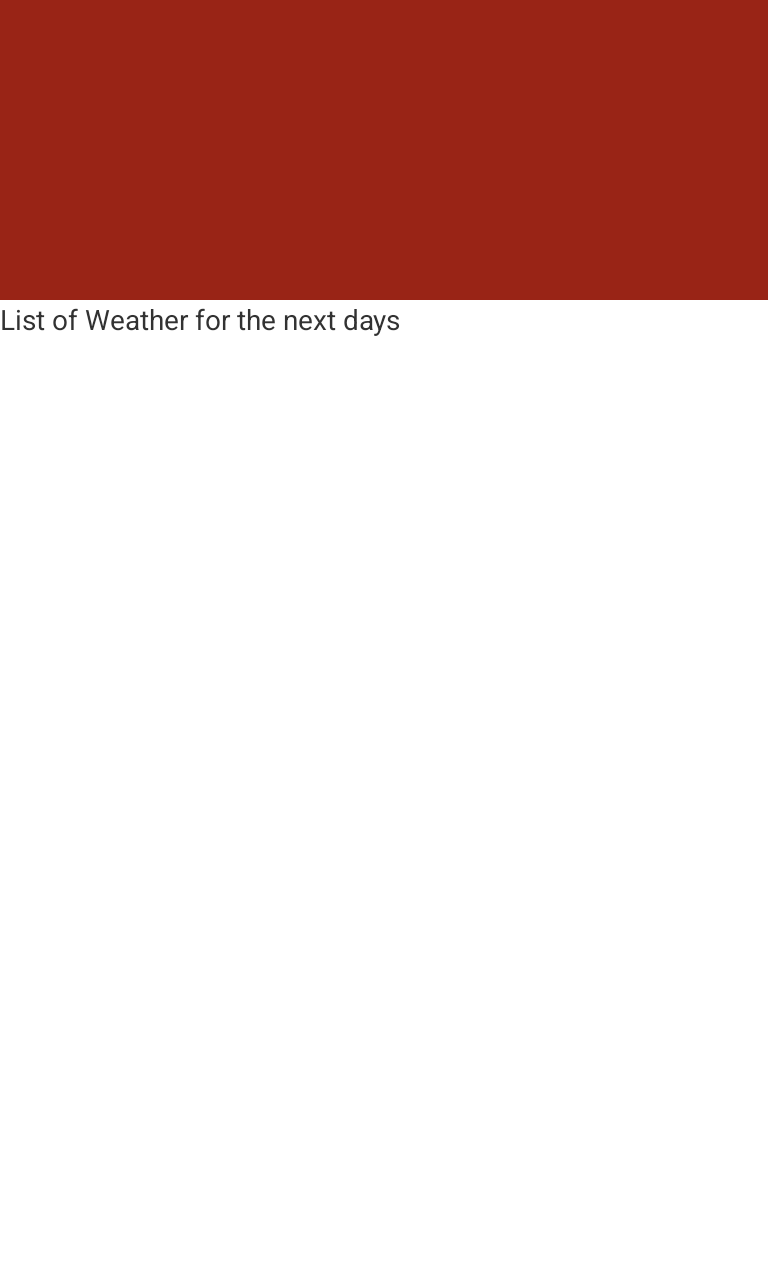
Repository: randhika/WeatherApp
Layout: WeatherApp/res/layout/home_fragment_layout.xml
The author's editor kept a copy of each file at every save. The layout is drawn from the files as they stood at one save, then again after a run of saves.
It is drawn on a 768 x 1280 px phone screen (xhdpi) without system bars, with theme AppTheme; the app's code is not run.

Above is the layout before, as saved 2014-04-27 18:55:37.

### WeatherApp/res/layout/home_fragment_layout.xml
<?xml version="1.0" encoding="utf-8"?>
<LinearLayout xmlns:android="http://schemas.android.com/apk/res/android"
    android:layout_width="match_parent"
    android:layout_height="match_parent"
    android:orientation="vertical" >

    <LinearLayout
        android:layout_width="match_parent"
        android:layout_height="150dp"
        android:background="@color/list_background_pressed"
        android:orientation="vertical"
        android:paddingLeft="10dp" >

        <TextView
            android:id="@+id/tv_temperature"
            android:layout_width="match_parent"
            android:layout_height="0dp"
            android:layout_weight="0.3"
            android:gravity="center_vertical"
            android:textSize="30sp" />

        <TextView
            android:id="@+id/tv_weather_stat"
            android:layout_width="match_parent"
            android:layout_height="0dp"
            android:layout_gravity="center_vertical"
            android:layout_weight="0.1"
            android:textSize="18sp" />

        <TextView
            android:id="@+id/tv_current_city"
            android:layout_width="match_parent"
            android:layout_height="0dp"
            android:layout_gravity="center_vertical"
            android:layout_weight="0.1"
            android:textSize="18sp" />

        <TextView
            android:id="@+id/tv_last_update"
            android:layout_width="match_parent"
            android:layout_height="0dp"
            android:layout_gravity="center_vertical"
            android:layout_weight="0.1"
            android:textSize="18sp" />
    </LinearLayout>

    <TextView
        android:id="@+id/btn_get_weather"
        android:layout_width="match_parent"
        android:layout_height="48dp"
        android:layout_gravity="center"
        android:text="@string/Weather_For_Next_Days" />

</LinearLayout>

### WeatherApp/res/values/strings.xml
<resources>

    <string name="app_name">WeatherApp</string>
    <string name="action_settings">Settings</string>
    <string name="hello_world">Hello world!</string>
    <string name="drawer_open">Slider Menu Opened</string>
    <string name="drawer_close">Slider Menu Closed</string>
    <string name="Weather_For_Next_Days">List of Weather for the next days</string>

    <!-- Nav Drawer Menu Items -->
    <string-array name="nav_drawer_items">
        <item >Home</item>
        <item >Map</item>
        <item >Favourites</item>
        <item >RSS</item>
        <item >Settings</item>
    </string-array>

    <!-- Nav Drawer List Item Icons -->
    <!-- Keep them in order as the titles are in -->
    <array name="nav_drawer_icons">
        <item>@drawable/ic_home</item>
        <item>@drawable/ic_home</item>
        <item>@drawable/ic_home</item>
        <item>@drawable/ic_home</item>
        <item>@drawable/ic_home</item>
    </array>

    <!-- Content Description -->
    <string name="desc_list_item_icon">Item Icon</string>


</resources>

Loaded but not shown: WeatherApp/res/values/styles.xml (common file); WeatherApp/res/values-v11/styles.xml (common file); WeatherApp/res/values-v14/styles.xml (common file); WeatherApp/res/values/color.xml (common file)

After the next 2 saves:
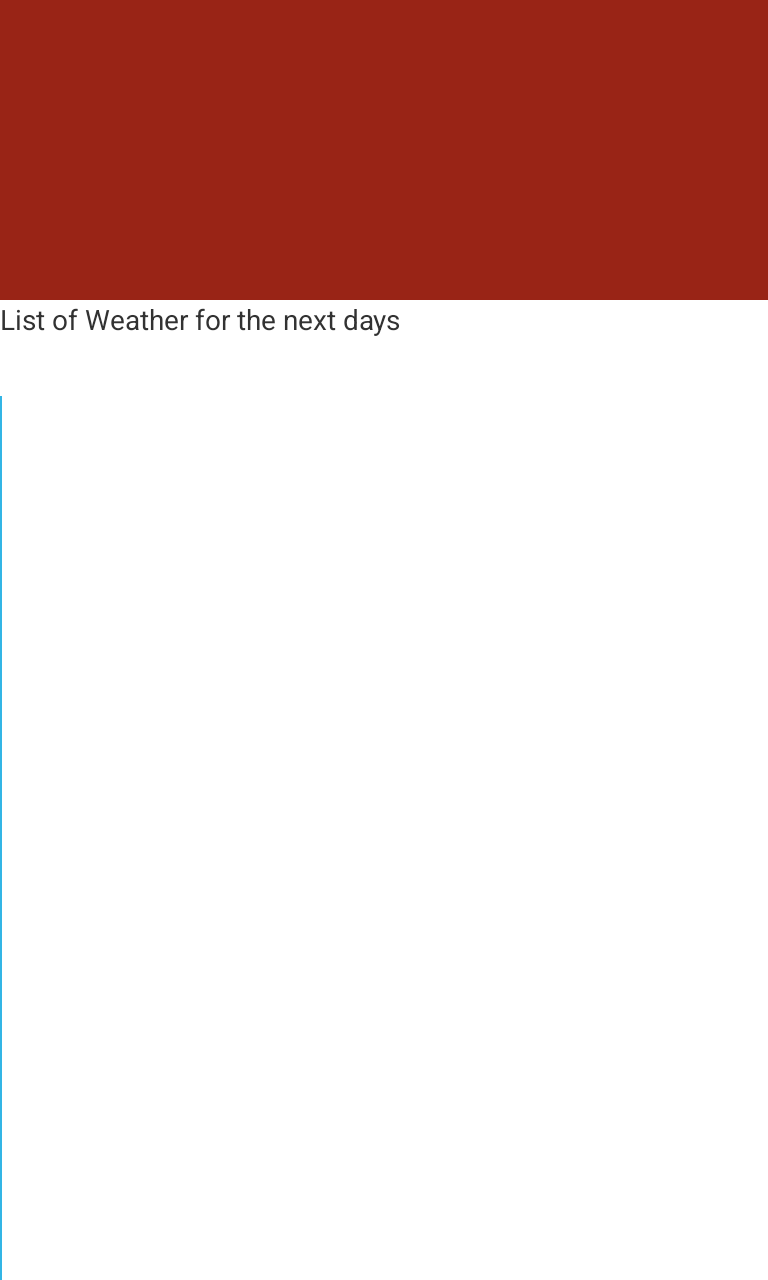
The 2 saves are shown as one change because they came seconds apart.
The last was saved 31 s later.
--- a/WeatherApp/res/layout/home_fragment_layout.xml
+++ b/WeatherApp/res/layout/home_fragment_layout.xml
@@ -51,4 +51,9 @@
         android:layout_gravity="center"
         android:text="@string/Weather_For_Next_Days" />
 
+    <View
+        android:layout_width="1dp"
+        android:layout_height="fill_parent"
+        android:background="@android:color/holo_blue_light" />
+
 </LinearLayout>
